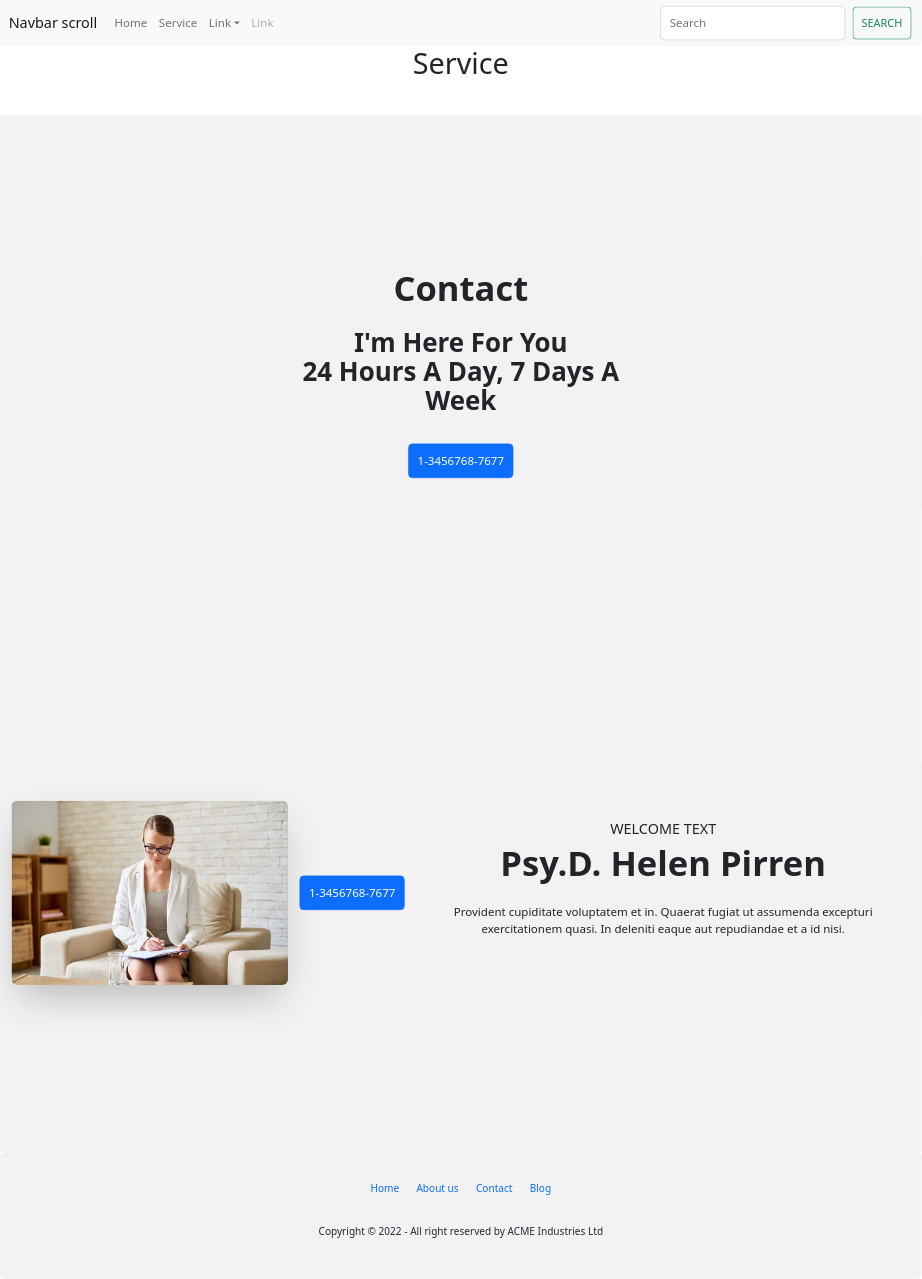
Repository: mdsajib50/service-review-client
Page: /
The author's editor kept a copy of each file at every save. The page is drawn from the files as they stood at one save, then again after the next save.
The browser window is 1280 px wide. The pictures show the whole page, at 72% of full size.
The page's requests for data from a server got no answer. The project was rebuilt for these pictures with package versions that can differ from the ones it lists, and the page was loaded fresh each time. No one was signed in, and anything a server would have sent is missing. Also part of the build but not shown: src/Pages/Home/Services/ServiceCard.js.

Above is the page before, as saved 2022-12-25 12:30:16.

### src/App.js
import './App.css';
import {  RouterProvider } from 'react-router-dom';
import router from './Router/Routes/Routes';

function App() {

  return (
    <div className="App">
      <RouterProvider router={router}></RouterProvider>
    </div>
  );
}

export default App;

### src/Router/Routes/Routes.js
import { createBrowserRouter } from "react-router-dom";

import Main from "../../Layout/Main";
import Home from "../../Pages/Home/Home/Home";

const router = createBrowserRouter([
    {
      path: '/',
      element: <Main></Main>,
      children:[
        {
          path: '/',
          element: <Home></Home>
        }
      ]
    }
])
export default router;

### src/Layout/Main.js
import React from 'react';
import { Outlet } from 'react-router';
import Header from '../Pages/Shared/Header/Header';
import Footer from '../Pages/Shared/Footer/Footer';

const Main = () => {
    return (
        <div>
            <Header></Header>
            <Outlet></Outlet>
            <Footer></Footer>
        </div>
    );
};

export default Main;

### src/Pages/Home/Home/Home.js
import React from 'react';
import About from '../About/About';
import Contact from '../Contact/Contact';
import Services from '../Services/Services';
const Home = () => {
    return (
        <div>

           <Services></Services>
           <Contact></Contact>
           <About></About>
        </div>
    );
};

export default Home;

### src/Pages/Shared/Header/Header.js
import React from 'react';
import Button from 'react-bootstrap/Button';
import Container from 'react-bootstrap/Container';
import Form from 'react-bootstrap/Form';
import Nav from 'react-bootstrap/Nav';
import Navbar from 'react-bootstrap/Navbar';
import NavDropdown from 'react-bootstrap/NavDropdown';

const Header = () => {
    return (

          <Navbar bg="light" expand="lg">
              <Container fluid>
                <Navbar.Brand href="#">Navbar scroll</Navbar.Brand>
                <Navbar.Toggle aria-controls="navbarScroll" />
                <Navbar.Collapse id="navbarScroll">
                  <Nav
                    className="me-auto my-2 my-lg-0"
                    style={{ maxHeight: '100px' }}
                    navbarScroll
                  >
                    <Nav.Link href="#action1">Home</Nav.Link>
                    <Nav.Link href="/service">Service</Nav.Link>
                    <NavDropdown title="Link" id="navbarScrollingDropdown">
                      <NavDropdown.Item href="#action3">Action</NavDropdown.Item>
                      <NavDropdown.Item href="#action4">
                        Another action
                      </NavDropdown.Item>
                      <NavDropdown.Divider />
                      <NavDropdown.Item href="#action5">
                        Something else here
                      </NavDropdown.Item>
                    </NavDropdown>
                    <Nav.Link href="#" disabled>
                      Link
                    </Nav.Link>
                  </Nav>
                  <Form className="d-flex">
                    <Form.Control
                      type="search"
                      placeholder="Search"
                      className="me-2"
                      aria-label="Search"
                    />
                    <Button variant="outline-success">Search</Button>
                  </Form>
                </Navbar.Collapse>
              </Container>
            </Navbar>


    );
};

export default Header;

### src/Pages/Shared/Footer/Footer.js
import React from 'react';

const Footer = () => {
    return (
        <footer className="footer footer-center p-10 bg-base-200 text-base-content rounded">
  <div className="grid grid-flow-col gap-4">
    <a className="link link-hover">Home</a>
    <a className="link link-hover">About us</a>
    <a className="link link-hover">Contact</a>
    <a className="link link-hover">Blog</a>
  </div>
  <div>
    <p>Copyright © 2022 - All right reserved by ACME Industries Ltd</p>
  </div>
</footer>
    );
};

export default Footer;

### src/Pages/Home/About/About.js
import React from 'react';
import img from '../../../assets/beautiful-female.jpg'

const About = () => {
    return (
        <div className="hero min-h-screen bg-base-200">
            <div className="hero-content flex-col lg:flex-row">
                <img src={img} className="max-w-sm rounded-lg shadow-2xl" />
                <button className="btn btn-primary">1-3456768-7677</button>
                <div>
                    <h3 className="text-xl">WELCOME TEXT</h3>
                <h1 className="text-5xl font-bold">Psy.D. Helen Pirren</h1>
                <p className="py-6">Provident cupiditate voluptatem et in. Quaerat fugiat ut assumenda excepturi exercitationem quasi. In deleniti eaque aut repudiandae et a id nisi.</p>
                </div>
            </div>
        </div>
    );
};

export default About;

### src/Pages/Home/Contact/Contact.js
import React from 'react';

const Contact = () => {
    return (
        <div className="hero min-h-screen bg-base-200">
            <div className="hero-content text-center">
                <div className="max-w-md">
                <h1 className="text-5xl font-bold">Contact</h1>
                <p className="py-6 font-bold text-4xl">I'm Here For You <br/>24 Hours A Day, 7 Days A Week</p>
                <button className="btn btn-primary font-semibold text-2xl">1-3456768-7677</button>
                </div>
            </div>
        </div>
    );
};

export default Contact;

### src/Pages/Home/Services/Services.js
import React, { useEffect, useState } from 'react';
import ServiceCard from './ServiceCard';

const Services = () => {
    const [services,  setServices] = useState([]);
    useEffect(()=>{
        fetch('http://localhost:5000/services')
        .then(res => res.json())
        .then(data =>setServices(data))
        .catch(e => console.error(e))
    },[])
    return (
       <div>
            <div><h1>Service</h1></div>
        <div className='mt-12 ml-16 grid gap-6 grid-cols-1 md:grid-cols-2  lg:grid-cols-3'>

                  {
                      services.map(service => <ServiceCard key={service.id} service={service}></ServiceCard>)
                  }

        </div>
    </div>
    );
}

export default Services;

Loaded but not shown: public/index.html (common file); src/index.js (common file); src/index.css (common file); src/reportWebVitals.js (common file); src/App.css (common file); tailwind.config.js (common file)

After the next save:
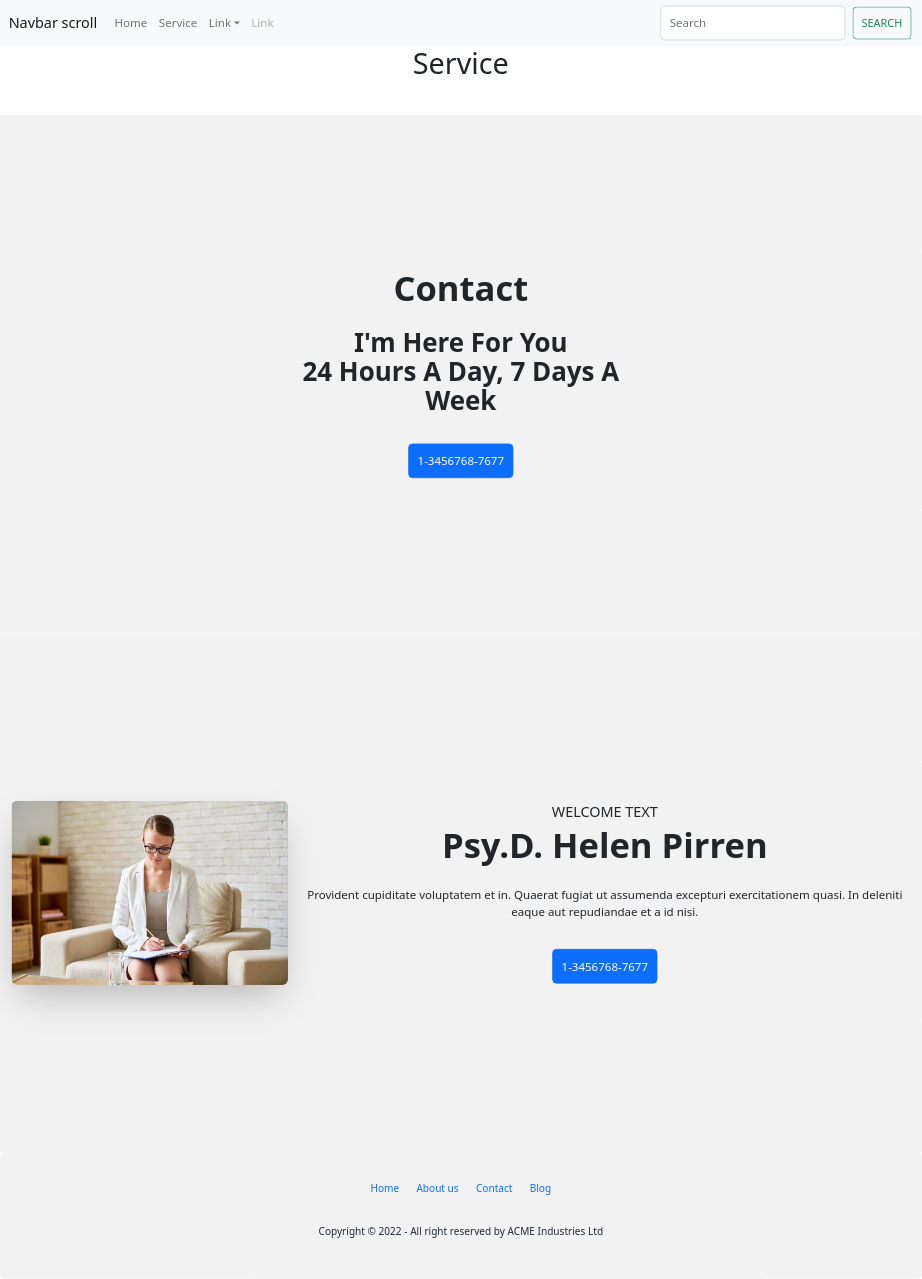
Saved 57 s later.
--- a/src/Pages/Home/About/About.js
+++ b/src/Pages/Home/About/About.js
@@ -6,11 +6,11 @@ const About = () => {
         <div className="hero min-h-screen bg-base-200">
             <div className="hero-content flex-col lg:flex-row">
                 <img src={img} className="max-w-sm rounded-lg shadow-2xl" />
-                <button className="btn btn-primary">1-3456768-7677</button>
                 <div>
                     <h3 className="text-xl">WELCOME TEXT</h3>
                 <h1 className="text-5xl font-bold">Psy.D. Helen Pirren</h1>
                 <p className="py-6">Provident cupiditate voluptatem et in. Quaerat fugiat ut assumenda excepturi exercitationem quasi. In deleniti eaque aut repudiandae et a id nisi.</p>
+                <button className="btn btn-primary">1-3456768-7677</button>
                 </div>
             </div>
         </div>
